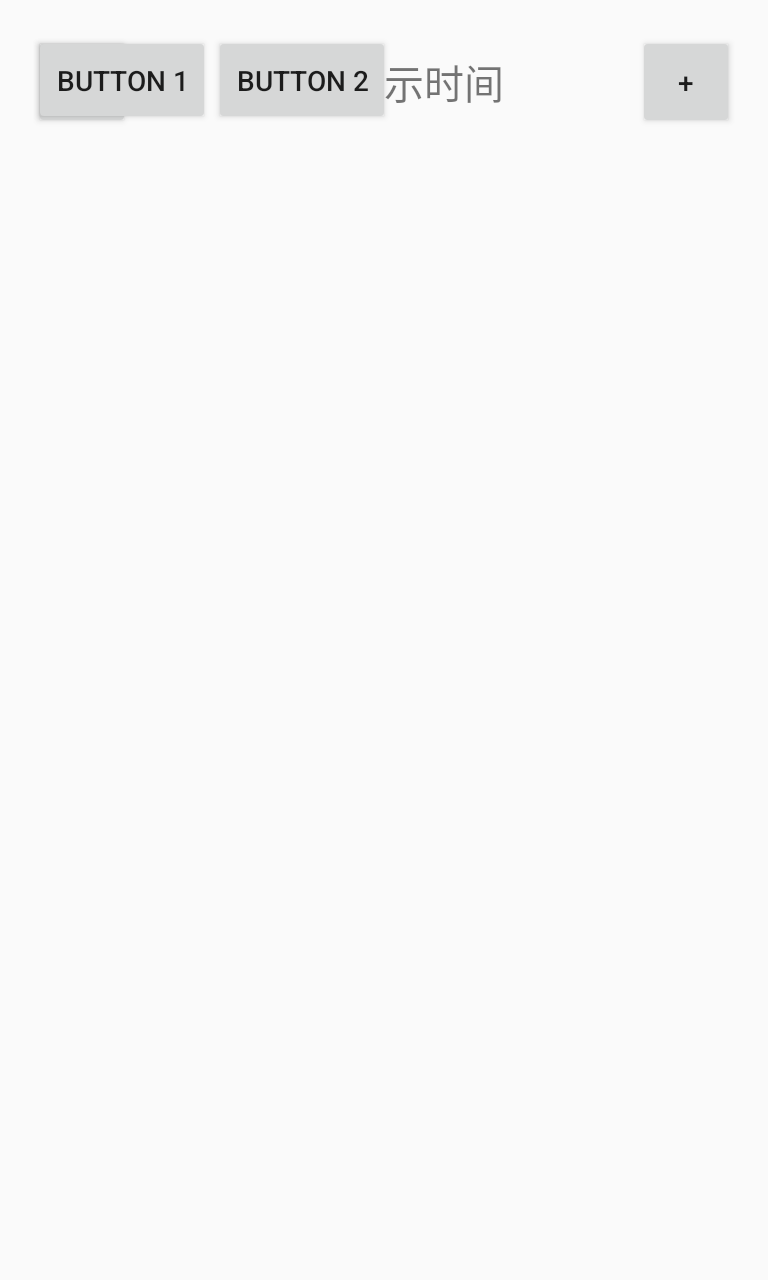
Repository: sh-zh-en/NBTodo
Layout: nbtodo/NBTodo/res/layout/activity_nbtodo_main.xml
These files come from the project's save history. The layout is drawn as it stood at one moment and after the next save; the edit follows.
It is drawn on a 768 x 1280 px phone screen (xhdpi) without system bars, with theme AppTheme; the app's code is not run.

Above is the layout before, as saved 2015-03-10 15:06:59.

### nbtodo/NBTodo/res/layout/activity_nbtodo_main.xml
<RelativeLayout xmlns:android="http://schemas.android.com/apk/res/android"
    xmlns:tools="http://schemas.android.com/tools"
    android:layout_width="match_parent"
    android:layout_height="match_parent"
    android:paddingBottom="@dimen/activity_vertical_margin"
    android:paddingLeft="@dimen/activity_horizontal_margin"
    android:paddingRight="@dimen/activity_horizontal_margin"
    android:paddingTop="@dimen/activity_vertical_margin"
    tools:context="com.nba.nbtodo.NBTodoMainActivity" >
    <FrameLayout
        android:layout_width="match_parent"
        android:layout_height="50dp"
        android:layout_gravity="bottom"
		android:weightSum="2"
        android:orientation="vertical" >
		<TextView
	        android:id="@+id/textview"
	        android:layout_width="match_parent"
	        android:layout_height="match_parent"
	        android:text="@string/show_time"
	        android:gravity="center"
		    android:textSize="20sp"
			/>
		<Button
	        android:id="@+id/button_task_menu"
	        android:layout_width="50dp"
	        android:layout_height="match_parent"
	        android:text="@string/task_menu"
	        />
		<Button
	        android:id="@+id/button_addition_task"
	        android:layout_width="50dp"
	        android:layout_height="match_parent"
		    android:layout_gravity="end"
	        android:text="@string/addition_task_button"
	        />
	</FrameLayout>
	<LinearLayout
		android:layout_width="match_parent"
		android:layout_height="match_parent"
		android:orientation="horizontal" >

		<Button
		    android:id="@+id/button1"
		    android:layout_width="wrap_content"
		    android:layout_height="wrap_content"
		    android:text="Button 1" />

		<Button
		    android:id="@+id/button2"
		    android:layout_width="wrap_content"
		    android:layout_height="wrap_content"
		    android:text="Button 2" />

	</LinearLayout>



</RelativeLayout>

### nbtodo/NBTodo/res/values/strings.xml
<?xml version="1.0" encoding="utf-8"?>
<resources>

    <string name="app_name">NBTodo</string>
    <string name="hello_world">Hello world!</string>
    <string name="action_settings">Settings</string>


    <string name="activity_nbtodo_main_button01">添加任务</string>


    <string name="addition_task_layout_edittext01">请输入待办事项</string>
    <string name="addition_task_layout_radiobutton01">很重要-很紧急</string>
    <string name="addition_task_layout_radiobutton02">很重要-不紧急</string>
    <string name="addition_task_layout_radiobutton03">不重要-很紧急</string>
    <string name="addition_task_layout_radiobutton04">不重要-不紧急</string>
    <string name="addition_task_button">+</string>
    <string name="edit">></string>
    <string name="task_menu">menu</string>
    <string name="show_time">此处显示时间</string>





</resources>

Loaded but not shown: nbtodo/NBTodo/res/values/styles.xml (common file); nbtodo/NBTodo/res/values-v11/styles.xml (common file); nbtodo/NBTodo/res/values-v14/styles.xml (common file); nbtodo/NBTodo/res/values/dimens.xml (common file); nbtodo/NBTodo/res/values-w820dp/dimens.xml (common file)

After the next save:
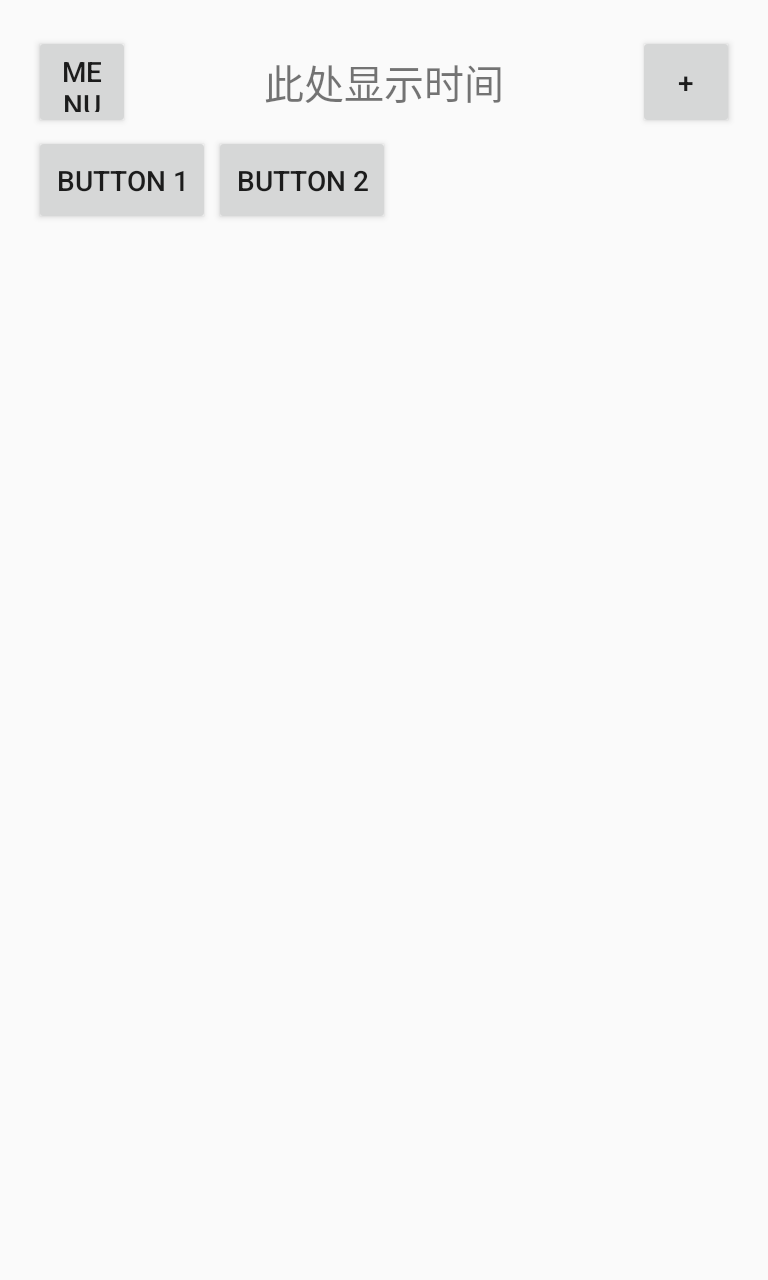
Saved 11 h 50 min later.
--- a/nbtodo/NBTodo/res/layout/activity_nbtodo_main.xml
+++ b/nbtodo/NBTodo/res/layout/activity_nbtodo_main.xml
@@ -8,6 +8,7 @@
     android:paddingTop="@dimen/activity_vertical_margin"
     tools:context="com.nba.nbtodo.NBTodoMainActivity" >
     <FrameLayout
+        android:id="@+id/FrameLayout_activity_main_first"
         android:layout_width="match_parent"
         android:layout_height="50dp"
         android:layout_gravity="bottom"
@@ -36,8 +37,10 @@
 	        />
 	</FrameLayout>
 	<LinearLayout
+	    android:id="@+id/LinearLayout_activity_main_first"
 		android:layout_width="match_parent"
 		android:layout_height="match_parent"
+		android:layout_below="@id/FrameLayout_activity_main_first"
 		android:orientation="horizontal" >
 
 		<Button
